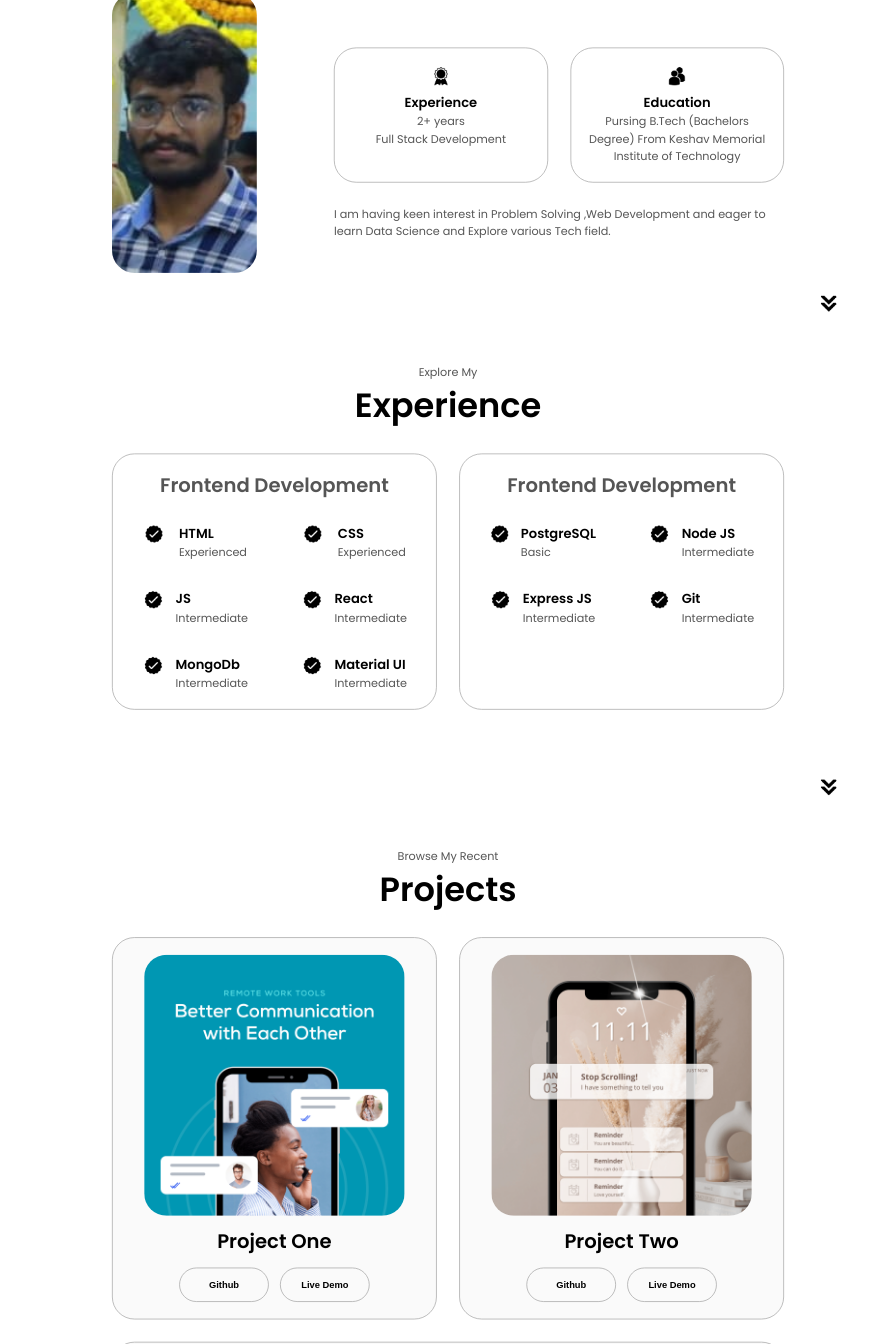
Repository: ARUN-YERRAM/ARUN-YERRAM-PORTFOLIO
Page: portfolio/index.html
These files come from the project's save history. The page is drawn as it stood at one moment and after a run of saves; the edit follows.
The browser window is 1280 px wide. The pictures show the part of the page from y = 1017 to 2937 px (the page is 4425 px tall), at 70% of full size.

Above is the page before, as saved 2024-07-07 04:03:15.

### portfolio/index.html
<!DOCTYPE html>
<html lang="en">
  <head>
    <meta charset="UTF-8" />
    <meta http-equiv="X-UA-Compatible" content="IE=edge" />
    <meta name="viewport" content="width=device-width, initial-scale=1.0" />
    <title>My Portfolio</title>
    <link rel="stylesheet" href="style.css" />
    <link rel="stylesheet" href="mediaqueries.css" />
  </head>
  <body>
    <nav id="desktop-nav">
      <div class="logo">ARUN YERRAM</div>
      <div>
        <ul class="nav-links">
          <li><a href="#about">About</a></li>
          <li><a href="#experience">Experience</a></li>
          <li><a href="#projects">Projects</a></li>
          <li><a href="#contact">Contact</a></li>
        </ul>
      </div>
    </nav>
    <nav id="hamburger-nav">
      <div class="logo">ARUN YERRAM</div>
      <div class="hamburger-menu">
        <div class="hamburger-icon" onclick="toggleMenu()">
          <span></span>
          <span></span>
          <span></span>
        </div>
        <div class="menu-links">
          <li><a href="#about" onclick="toggleMenu()">About</a></li>
          <li><a href="#experience" onclick="toggleMenu()">Experience</a></li>
          <li><a href="#projects" onclick="toggleMenu()">Projects</a></li>
          <li><a href="#contact" onclick="toggleMenu()">Contact</a></li>
        </div>
      </div>
    </nav>
    <section id="profile">
      <div class="section__pic-container">
        <img src="./assets/profile-pic.png" alt="John Doe profile picture" />
      </div>
      <div class="section__text">
        <p class="section__text__p1">Hello, I'm</p>
        <h1 class="title">ARUN YERRAM</h1>
        <p class="section__text__p2">Frontend Developer</p>
        <div class="btn-container">
          <button
            class="btn btn-color-2"
            onclick="window.open('./assets/resume-example.pdf')"
          >
            Download CV
          </button>
          <button class="btn btn-color-1" onclick="location.href='./#contact'">
            Contact Info
          </button>
        </div>
        <div id="socials-container">
          <img
            src="./assets/linkedin.png"
            alt="My LinkedIn profile"
            class="icon"
            onclick="window.open('https://www.linkedin.com/in/arun-yerram/','_blank')"
          />
          <img
            src="./assets/github.png"
            alt="My Github profile"
            class="icon"
            onclick="location.href='https://github.com/ARUN-YERRAM?tab=repositories'"
          />
        </div>
      </div>
    </section>
    <section id="about">
      <p class="section__text__p1">Get To Know More</p>
      <h1 class="title">About Me</h1>
      <div class="section-container">
        <div class="section__pic-container">
          <img
            src="./assets/Photo1.jpg"
            alt="Profile picture"
            class="about-pic"
          />
        </div>
        <div class="about-details-container">
          <div class="about-containers">
            <div class="details-container">
              <img
                src="./assets/experience.png"
                alt="Experience icon"
                class="icon"
              />
              <h3>Experience</h3>
              <p>2+ years <br />Full Stack Development</p>
            </div>
            <div class="details-container">
              <img
                src="./assets/education.png"
                alt="Education icon"
                class="icon"
              />
              <h3>Education</h3>
              <p>Pursing B.Tech (Bachelors Degree) From Keshav Memorial Institute of Technology <br /></p>
            </div>
          </div>
          <div class="text-container">
            <p>
              I am having keen interest in Problem Solving ,Web Development and eager to learn Data Science and Explore various Tech field.
            </p>
          </div>
        </div>
      </div>
      <img
        src="./assets/arrow.png"
        alt="Arrow icon"
        class="icon arrow"
        onclick="location.href='./#experience'"
      />
    </section>
    <section id="experience">
      <p class="section__text__p1">Explore My</p>
      <h1 class="title">Experience</h1>
      <div class="experience-details-container">
        <div class="about-containers">
          <div class="details-container">
            <h2 class="experience-sub-title">Frontend Development</h2>
            <div class="article-container">
              <article>
                <img
                  src="./assets/checkmark.png"
                  alt="Experience icon"
                  class="icon"
                />
                <div>
                  <h3>HTML</h3>
                  <p>Experienced</p>
                </div>
              </article>
              <article>
                <img
                  src="./assets/checkmark.png"
                  alt="Experience icon"
                  class="icon"
                />
                <div>
                  <h3>CSS</h3>
                  <p>Experienced</p>
                </div>
              </article>
              <article>
                <img
                  src="./assets/checkmark.png"
                  alt="Experience icon"
                  class="icon"
                />
                <div>
                  <h3>JS</h3>
                  <p>Intermediate</p>
                </div>
              </article>
              <article>
                <img
                  src="./assets/checkmark.png"
                  alt="Experience icon"
                  class="icon"
                />
                <div>
                  <h3>React</h3>
                  <p>Intermediate</p>
                </div>
              </article>
              <article>
                <img
                  src="./assets/checkmark.png"
                  alt="Experience icon"
                  class="icon"
                />
                <div>
                  <h3>MongoDb</h3>
                  <p>Intermediate</p>
                </div>
              </article>
              <article>
                <img
                  src="./assets/checkmark.png"
                  alt="Experience icon"
                  class="icon"
                />
                <div>
                  <h3>Material UI</h3>
                  <p>Intermediate</p>
                </div>
              </article>
            </div>
          </div>
          <div class="details-container">
            <h2 class="experience-sub-title">Frontend Development</h2>
            <div class="article-container">
              <article>
                <img
                  src="./assets/checkmark.png"
                  alt="Experience icon"
                  class="icon"
                />
                <div>
                  <h3>PostgreSQL</h3>
                  <p>Basic</p>
                </div>
              </article>
              <article>
                <img
                  src="./assets/checkmark.png"
                  alt="Experience icon"
                  class="icon"
                />
                <div>
                  <h3>Node JS</h3>
                  <p>Intermediate</p>
                </div>
              </article>
              <article>
                <img
                  src="./assets/checkmark.png"
                  alt="Experience icon"
                  class="icon"
                />
                <div>
                  <h3>Express JS</h3>
                  <p>Intermediate</p>
                </div>
              </article>
              <article>
                <img
                  src="./assets/checkmark.png"
                  alt="Experience icon"
                  class="icon"
                />
                <div>
                  <h3>Git</h3>
                  <p>Intermediate</p>
                </div>
              </article>
            </div>
          </div>
        </div>
      </div>
      <img
        src="./assets/arrow.png"
        alt="Arrow icon"
        class="icon arrow"
        onclick="location.href='./#projects'"
      />
    </section>
    <section id="projects">
      <p class="section__text__p1">Browse My Recent</p>
      <h1 class="title">Projects</h1>
      <div class="experience-details-container">
        <div class="about-containers">
          <div class="details-container color-container">
            <div class="article-container">
              <img
                src="./assets/project-1.png"
                alt="Project 1"
                class="project-img"
              />
            </div>
            <h2 class="experience-sub-title project-title">Project One</h2>
            <div class="btn-container">
              <button
                class="btn btn-color-2 project-btn"
                onclick="location.href='https://github.com/'"
              >
                Github
              </button>
              <button
                class="btn btn-color-2 project-btn"
                onclick="location.href='https://github.com/'"
              >
                Live Demo
              </button>
            </div>
          </div>
          <div class="details-container color-container">
            <div class="article-container">
              <img
                src="./assets/project-2.png"
                alt="Project 2"
                class="project-img"
              />
            </div>
            <h2 class="experience-sub-title project-title">Project Two</h2>
            <div class="btn-container">
              <button
                class="btn btn-color-2 project-btn"
                onclick="location.href='https://github.com/'"
              >
                Github
              </button>
              <button
                class="btn btn-color-2 project-btn"
                onclick="location.href='https://github.com/'"
              >
                Live Demo
              </button>
            </div>
          </div>
          <div class="details-container color-container">
            <div class="article-container">
              <img
                src="./assets/project-3.png"
                alt="Project 3"
                class="project-img"
              />
            </div>
            <h2 class="experience-sub-title project-title">Project Three</h2>
            <div class="btn-container">
              <button
                class="btn btn-color-2 project-btn"
                onclick="location.href='https://github.com/'"
              >
                Github
              </button>
              <button
                class="btn btn-color-2 project-btn"
                onclick="location.href='https://github.com/'"
              >
                Live Demo
              </button>
            </div>
          </div>
        </div>
      </div>
      <img
        src="./assets/arrow.png"
        alt="Arrow icon"
        class="icon arrow"
        onclick="location.href='./#contact'"
      />
    </section>
    <section id="contact">
      <p class="section__text__p1">Get in Touch</p>
      <h1 class="title">Contact Me</h1>
      <div class="contact-info-upper-container">
        <div class="contact-info-container">
          <img
            src="./assets/email.png"
            alt="Email icon"
            class="icon contact-icon email-icon"
          />
          <p><a href="mailto:examplemail@gmail.com">Example@gmail.com</a></p>
        </div>
        <div class="contact-info-container">
          <img
            src="./assets/linkedin.png"
            alt="LinkedIn icon"
            class="icon contact-icon"
          />
          <p><a href="https://www.linkedin.com">LinkedIn</a></p>
        </div>
      </div>
    </section>
    <footer>
      <nav>
        <div class="nav-links-container">
          <ul class="nav-links">
            <li><a href="#about">About</a></li>
            <li><a href="#experience">Experience</a></li>
            <li><a href="#projects">Projects</a></li>
            <li><a href="#contact">Contact</a></li>
          </ul>
        </div>
      </nav>
      <p>Copyright &#169; 2023 John Doe. All Rights Reserved.</p>
    </footer>
    <script src="script.js"></script>
  </body>
</html>

### portfolio/style.css
/* GENERAL */

@import url("https://fonts.googleapis.com/css2?family=Poppins:wght@300;400;500;600&display=swap");

* {
  margin: 0;
  padding: 0;
}

body {
  font-family: "Poppins", sans-serif;
}

html {
  scroll-behavior: smooth;
}

p {
  color: rgb(85, 85, 85);
}

/* TRANSITION */

a,
.btn {
  transition: all 300ms ease;
}

/* DESKTOP NAV */

nav,
.nav-links {
  display: flex;
}

nav {
  justify-content: space-around;
  align-items: center;
  height: 17vh;
}

.nav-links {
  gap: 2rem;
  list-style: none;
  font-size: 1.5rem;
}

a {
  color: black;
  text-decoration: none;
  text-decoration-color: white;
}

a:hover {
  color: grey;
  text-decoration: underline;
  text-underline-offset: 1rem;
  text-decoration-color: rgb(181, 181, 181);
}

.logo {
  font-size: 2rem;
}

.logo:hover {
  cursor: default;
}

/* HAMBURGER MENU */

#hamburger-nav {
  display: none;
}

.hamburger-menu {
  position: relative;
  display: inline-block;
}

.hamburger-icon {
  display: flex;
  flex-direction: column;
  justify-content: space-between;
  height: 24px;
  width: 30px;
  cursor: pointer;
}

.hamburger-icon span {
  width: 100%;
  height: 2px;
  background-color: black;
  transition: all 0.3 ease-in-out;
}

.menu-links {
  position: absolute;
  top: 100%;
  right: 0;
  background-color: white;
  width: fit-content;
  max-height: 0;
  overflow: hidden;
  transition: all 0.3 ease-in-out;
}

.menu-links a {
  display: block;
  padding: 10px;
  text-align: center;
  font-size: 1.5rem;
  color: black;
  text-decoration: none;
  transition: all 0.3 ease-in-out;
}

.menu-links li {
  list-style: none;
}

.menu-links.open {
  max-height: 300px;
}

.hamburger-icon.open span:first-child {
  transform: rotate(45deg) translate(10px, 5px);
}

.hamburger-icon.open span:nth-child(2) {
  opacity: 0;
}

.hamburger-icon.open span:last-child {
  transform: rotate(-45deg) translate(10px, -5px);
}

.hamburger-icon span:first-child {
  transform: none;
}

.hamburger-icon span:first-child {
  opacity: 1;
}

.hamburger-icon span:first-child {
  transform: none;
}

/* SECTIONS */

section {
  padding-top: 4vh;
  height: 96vh;
  margin: 0 10rem;
  box-sizing: border-box;
  min-height: fit-content;
}

.section-container {
  display: flex;
}

/* PROFILE SECTION */

#profile {
  display: flex;
  justify-content: center;
  gap: 5rem;
  height: 80vh;
}

.section__pic-container {
  display: flex;
  height: 400px;
  width: 400px;
  margin: auto 0;
}

.section__text {
  align-self: center;
  text-align: center;
}

.section__text p {
  font-weight: 600;
}

.section__text__p1 {
  text-align: center;
}

.section__text__p2 {
  font-size: 1.75rem;
  margin-bottom: 1rem;
}

.title {
  font-size: 3rem;
  text-align: center;
}

#socials-container {
  display: flex;
  justify-content: center;
  margin-top: 1rem;
  gap: 1rem;
}

/* ICONS */

.icon {
  cursor: pointer;
  height: 2rem;
}

/* BUTTONS */

.btn-container {
  display: flex;
  justify-content: center;
  gap: 1rem;
}

.btn {
  font-weight: 600;
  transition: all 300ms ease;
  padding: 1rem;
  width: 8rem;
  border-radius: 2rem;
}

.btn-color-1,
.btn-color-2 {
  border: rgb(53, 53, 53) 0.1rem solid;
}

.btn-color-1:hover,
.btn-color-2:hover {
  cursor: pointer;
}

.btn-color-1,
.btn-color-2:hover {
  background: rgb(53, 53, 53);
  color: white;
}

.btn-color-1:hover {
  background: rgb(0, 0, 0);
}

.btn-color-2 {
  background: none;
}

.btn-color-2:hover {
  border: rgb(255, 255, 255) 0.1rem solid;
}

.btn-container {
  gap: 1rem;
}

/* ABOUT SECTION */

#about {
  position: relative;
}

.about-containers {
  gap: 2rem;
  margin-bottom: 2rem;
  margin-top: 2rem;
}

.about-details-container {
  justify-content: center;
  flex-direction: column;
}

.about-containers,
.about-details-container {
  display: flex;
}

.about-pic {
  border-radius: 2rem;
}

.arrow {
  position: absolute;
  right: -5rem;
  bottom: 2.5rem;
}

.details-container {
  padding: 1.5rem;
  flex: 1;
  background: white;
  border-radius: 2rem;
  border: rgb(53, 53, 53) 0.1rem solid;
  border-color: rgb(163, 163, 163);
  text-align: center;
}

.section-container {
  gap: 4rem;
  height: 80%;
}

.section__pic-container {
  height: 400px;
  width: 400px;
  margin: auto 0;
}

/* EXPERIENCE SECTION */

#experience {
  position: relative;
}

.experience-sub-title {
  color: rgb(85, 85, 85);
  font-weight: 600;
  font-size: 1.75rem;
  margin-bottom: 2rem;
}

.experience-details-container {
  display: flex;
  justify-content: center;
  flex-direction: column;
}

.article-container {
  display: flex;
  text-align: initial;
  flex-wrap: wrap;
  flex-direction: row;
  gap: 2.5rem;
  justify-content: space-around;
}

article {
  display: flex;
  width: 10rem;
  justify-content: space-around;
  gap: 0.5rem;
}

article .icon {
  cursor: default;
}

/* PROJECTS SECTION */

#projects {
  position: relative;
}

.color-container {
  border-color: rgb(163, 163, 163);
  background: rgb(250, 250, 250);
}

.project-img {
  border-radius: 2rem;
  width: 90%;
  height: 90%;
}

.project-title {
  margin: 1rem;
  color: black;
}

.project-btn {
  color: black;
  border-color: rgb(163, 163, 163);
}

/* CONTACT */

#contact {
  display: flex;
  justify-content: center;
  flex-direction: column;
  height: 70vh;
}

.contact-info-upper-container {
  display: flex;
  justify-content: center;
  border-radius: 2rem;
  border: rgb(53, 53, 53) 0.1rem solid;
  border-color: rgb(163, 163, 163);
  background: (250, 250, 250);
  margin: 2rem auto;
  padding: 0.5rem;
}

.contact-info-container {
  display: flex;
  align-items: center;
  justify-content: center;
  gap: 0.5rem;
  margin: 1rem;
}

.contact-info-container p {
  font-size: larger;
}

.contact-icon {
  cursor: default;
}

.email-icon {
  height: 2.5rem;
}

/* FOOTER SECTION */

footer {
  height: 26vh;
  margin: 0 1rem;
}

footer p {
  text-align: center;
}

### portfolio/mediaqueries.css
@media screen and (max-width: 1400px) {
  #profile {
    height: 83vh;
    margin-bottom: 6rem;
  }
  .about-containers {
    flex-wrap: wrap;
  }
  #contact,
  #projects {
    height: fit-content;
  }
}

@media screen and (max-width: 1200px) {
  #desktop-nav {
    display: none;
  }
  #hamburger-nav {
    display: flex;
  }
  #experience,
  .experience-details-container {
    margin-top: 2rem;
  }
  #profile,
  .section-container {
    display: block;
  }
  .arrow {
    display: none;
  }
  section,
  .section-container {
    height: fit-content;
  }
  section {
    margin: 0 5%;
  }
  .section__pic-container {
    width: 275px;
    height: 275px;
    margin: 0 auto 2rem;
  }
  .about-containers {
    margin-top: 0;
  }
}

@media screen and (max-width: 600px) {
  #contact,
  footer {
    height: 40vh;
  }
  #profile {
    height: 83vh;
    margin-bottom: 0;
  }
  article {
    font-size: 1rem;
  }
  footer nav {
    height: fit-content;
    margin-bottom: 2rem;
  }
  .about-containers,
  .contact-info-upper-container,
  .btn-container {
    flex-wrap: wrap;
  }
  .contact-info-container {
    margin: 0;
  }
  .contact-info-container p,
  .nav-links li a {
    font-size: 1rem;
  }
  .experience-sub-title {
    font-size: 1.25rem;
  }
  .logo {
    font-size: 1.5rem;
  }
  .nav-links {
    flex-direction: column;
    gap: 0.5rem;
    text-align: center;
  }
  .section__pic-container {
    width: auto;
    height: 46vw;
    justify-content: center;
  }
  .section__text__p2 {
    font-size: 1.25rem;
  }
  .title {
    font-size: 2rem;
  }
  .text-container {
    text-align: justify;
  }
}

Loaded but not shown: portfolio/script.js (common file)

After the next 2 saves:
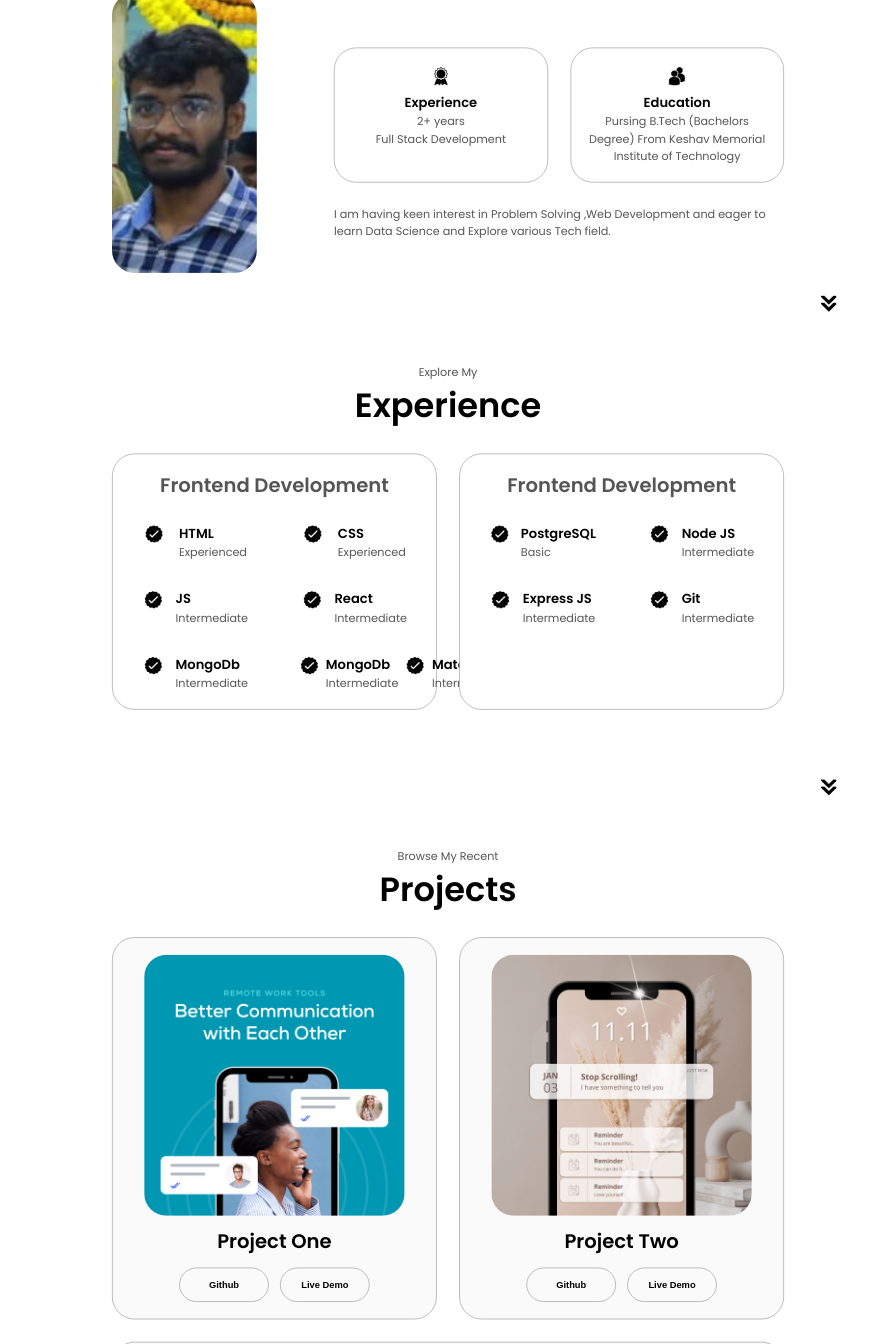
The 2 saves are shown as one change because they came seconds apart.
The last was saved 11 s later.
--- a/portfolio/index.html
+++ b/portfolio/index.html
@@ -181,6 +181,18 @@
                 </div>
               </article>
               <article>
+                <article>
+                  <img
+                    src="./assets/checkmark.png"
+                    alt="Experience icon"
+                    class="icon"
+                  />
+                  <div>
+                    <h3>MongoDb</h3>
+                    <p>Intermediate</p>
+                  </div>
+                </article>
+                <article>
                 <img
                   src="./assets/checkmark.png"
                   alt="Experience icon"
